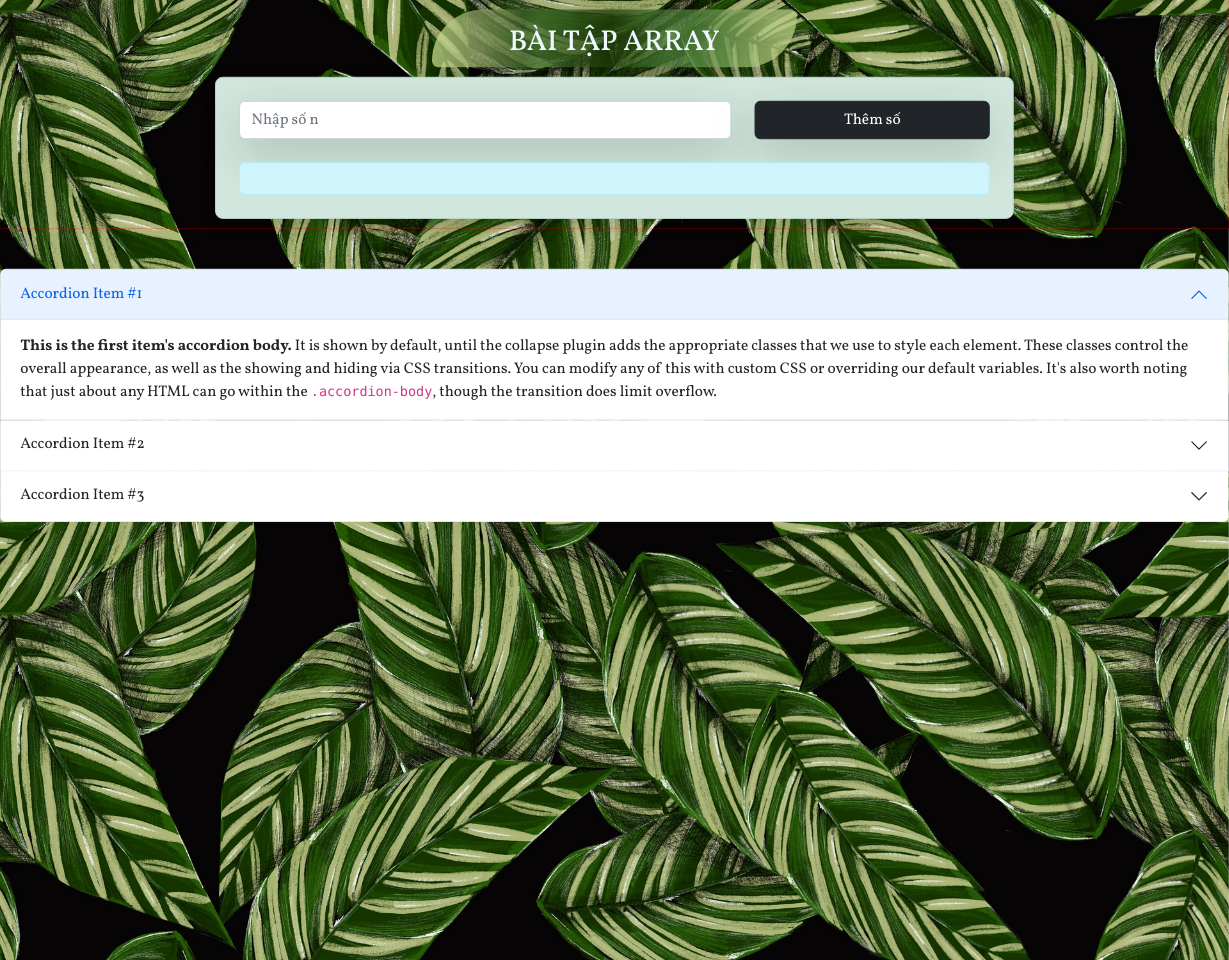
Repository: hcozyph/TranHuuPhuoc_BC43_BT_JS_Buoi7_8_ARRAY
Page: index.html
The author's editor kept a copy of each file at every save. The page is drawn from the files as they stood at one save, then again after the next save.
The browser window is 1280 px wide. The pictures show the whole page, at 96% of full size.
Backgrounds fixed to the window are drawn as part of the page.

Above is the page before, as saved 2023-02-22 16:29:58.

### index.html
<!DOCTYPE html>
<html lang="en">
    <head>
        <title>BT Array</title>
        <!-- Required meta tags -->
        <meta charset="utf-8" />
        <meta
            name="viewport"
            content="width=device-width, initial-scale=1, shrink-to-fit=no"
        />
        <!-- font -->
        <link rel="preconnect" href="https://fonts.googleapis.com" />
        <link rel="preconnect" href="https://fonts.gstatic.com" crossorigin />
        <link
            href="https://fonts.googleapis.com/css2?family=Fraunces:ital,opsz,wght@0,9..144,600;0,9..144,700;1,9..144,300;1,9..144,400;1,9..144,500;1,9..144,600;1,9..144,700;1,9..144,800&family=Vollkorn:ital,wght@0,400;0,500;0,600;0,700;0,800;0,900;1,400;1,500;1,600;1,700;1,800;1,900&display=swap"
            rel="stylesheet"
        />
        <!-- Bootstrap CSS v5.2.1 -->
        <link
            href="https://cdn.jsdelivr.net/npm/bootstrap@5.2.1/dist/css/bootstrap.min.css"
            rel="stylesheet"
            integrity="sha384-iYQeCzEYFbKjA/T2uDLTpkwGzCiq6soy8tYaI1GyVh/UjpbCx/TYkiZhlZB6+fzT"
            crossorigin="anonymous"
        />

        <!-- index.css -->
        <link rel="stylesheet" href="./css/index.css" />
    </head>

    <body>
        <div class="container">
            <div class="bt-array-top">
                <div class="bt-array-title pt-2 shadow-lg">
                    <h1
                        class="text-center shadow-lg p-2"
                        ;
                        style="font-size: 30px"
                    >
                        BÀI TẬP ARRAY
                    </h1>
                </div>

                <div
                    id="mainArray"
                    class="alert alert-success rounded-3 shadow p-4"
                    style="margin: 10px auto; width: 65%"
                >
                    <div class="row row-cols-3">
                        <div class="col-8">
                            <input
                                id="user-input"
                                type="number"
                                class="form-control shadow-lg py-2"
                                placeholder="Nhập số n"
                                style="height: 100%"
                            />
                        </div>
                        <div class="col">
                            <button
                                id="user-btn"
                                class="btn btn-dark shadow-lg"
                                style="height: 100%; width: 100%"
                            >
                                Thêm số
                            </button>
                        </div>
                    </div>

                    <div
                        class="alert alert-info mt-4 mb-0 text-break"
                        style="display: block"
                        role="alert"
                    >
                        <span id="user-array" style="display: block"></span>
                    </div>
                </div>
            </div>

            <div class="bt-array-content">
                <div class="accordion" id="accordionExample">
                    <div class="accordion-item">
                        <h2 class="accordion-header" id="headingOne">
                            <button
                                class="accordion-button"
                                type="button"
                                data-bs-toggle="collapse"
                                data-bs-target="#collapseOne"
                                aria-expanded="true"
                                aria-controls="collapseOne"
                            >
                                Accordion Item #1
                            </button>
                        </h2>
                        <div
                            id="collapseOne"
                            class="accordion-collapse collapse show"
                            aria-labelledby="headingOne"
                            data-bs-parent="#accordionExample"
                        >
                            <div class="accordion-body">
                                <strong
                                    >This is the first item's accordion
                                    body.</strong
                                >
                                It is shown by default, until the collapse
                                plugin adds the appropriate classes that we use
                                to style each element. These classes control the
                                overall appearance, as well as the showing and
                                hiding via CSS transitions. You can modify any
                                of this with custom CSS or overriding our
                                default variables. It's also worth noting that
                                just about any HTML can go within the
                                <code>.accordion-body</code>, though the
                                transition does limit overflow.
                            </div>
                        </div>
                    </div>
                    <div class="accordion-item">
                        <h2 class="accordion-header" id="headingTwo">
                            <button
                                class="accordion-button collapsed"
                                type="button"
                                data-bs-toggle="collapse"
                                data-bs-target="#collapseTwo"
                                aria-expanded="false"
                                aria-controls="collapseTwo"
                            >
                                Accordion Item #2
                            </button>
                        </h2>
                        <div
                            id="collapseTwo"
                            class="accordion-collapse collapse"
                            aria-labelledby="headingTwo"
                            data-bs-parent="#accordionExample"
                        >
                            <div class="accordion-body">
                                <strong
                                    >This is the second item's accordion
                                    body.</strong
                                >
                                It is hidden by default, until the collapse
                                plugin adds the appropriate classes that we use
                                to style each element. These classes control the
                                overall appearance, as well as the showing and
                                hiding via CSS transitions. You can modify any
                                of this with custom CSS or overriding our
                                default variables. It's also worth noting that
                                just about any HTML can go within the
                                <code>.accordion-body</code>, though the
                                transition does limit overflow.
                            </div>
                        </div>
                    </div>
                    <div class="accordion-item">
                        <h2 class="accordion-header" id="headingThree">
                            <button
                                class="accordion-button collapsed"
                                type="button"
                                data-bs-toggle="collapse"
                                data-bs-target="#collapseThree"
                                aria-expanded="false"
                                aria-controls="collapseThree"
                            >
                                Accordion Item #3
                            </button>
                        </h2>
                        <div
                            id="collapseThree"
                            class="accordion-collapse collapse"
                            aria-labelledby="headingThree"
                            data-bs-parent="#accordionExample"
                        >
                            <div class="accordion-body">
                                <strong
                                    >This is the third item's accordion
                                    body.</strong
                                >
                                It is hidden by default, until the collapse
                                plugin adds the appropriate classes that we use
                                to style each element. These classes control the
                                overall appearance, as well as the showing and
                                hiding via CSS transitions. You can modify any
                                of this with custom CSS or overriding our
                                default variables. It's also worth noting that
                                just about any HTML can go within the
                                <code>.accordion-body</code>, though the
                                transition does limit overflow.
                            </div>
                        </div>
                    </div>
                </div>
            </div>
        </div>

        <!-- Bootstrap JavaScript Libraries -->
        <script
            src="https://cdn.jsdelivr.net/npm/@popperjs/core@2.11.6/dist/umd/popper.min.js"
            integrity="sha384-oBqDVmMz9ATKxIep9tiCxS/Z9fNfEXiDAYTujMAeBAsjFuCZSmKbSSUnQlmh/jp3"
            crossorigin="anonymous"
        ></script>

        <script
            src="https://cdn.jsdelivr.net/npm/bootstrap@5.2.1/dist/js/bootstrap.min.js"
            integrity="sha384-7VPbUDkoPSGFnVtYi0QogXtr74QeVeeIs99Qfg5YCF+TidwNdjvaKZX19NZ/e6oz"
            crossorigin="anonymous"
        ></script>

        <!-- method.js -->
        <link rel="stylesheet" href="./js/method.js" />

        <!-- index.js -->
        <script src="./js/index.js"></script>
    </body>
</html>

### css/index.css
* {
    margin: 0;
    padding: 0;
    box-sizing: border-box;
    font-family: "Fraunces", serif;
    font-family: "Vollkorn", serif;
}

.container {
    margin: 0 auto;
    max-width: 1440px;
    overflow: hidden;
    padding: 0;

    background-image: url(../img/2.jpg);
    background-size: cover;
    background-position: inherit;
    background-repeat: no-repeat;
    background-attachment: fixed;

    height: 1000px;
    position: relative;
}

.bt-array-top {
    position: fixed;
    width: 100%;
    padding-top: 10px;
    background-color: red;

    background-image: url(../img/2.jpg);
    background-size: cover;
    background-position: inherit;
    background-repeat: no-repeat;
    background-attachment: fixed;
    z-index: 5;
}

.bt-array-title {
    display: block;
    width: 380px;
    margin: 0 auto;
    border-radius: 80px 10px 80px 10px;

    font-size: 40px;
    font-weight: 700;
    /* background-color: red; */
    color: aliceblue;
    background: rgb(156, 173, 110);
    background: linear-gradient(
        90deg,
        rgba(198, 219, 142, 0.75) 0%,
        rgba(156, 173, 110, 0.75) 10%,
        rgba(60, 94, 39, 0.75) 25%,
        rgba(68, 112, 49, 0.75) 29%,
        rgba(27, 57, 5, 0.75) 49%,
        rgba(66, 114, 50, 0.75) 63%,
        rgba(90, 139, 69, 0.75) 74%,
        rgba(184, 203, 130, 0.75) 95%
    );
}

.bt-array-content {
    padding-top: 280px;
}

### js/index.js
/* function getElementByID*/
function ID(n) {
    return document.getElementById("n");
}

/* End-function getElementByID*/

/*create-array*/
var mainArray = [];

document.getElementById("user-btn").onclick = function () {
    //input: userInput
    var userInput = Number(document.getElementById("user-input").value);

    //output: mainArray

    //process
    mainArray.push(userInput);

    document.getElementById("user-array").innerHTML = mainArray;
};

/*End-create-array*/

Loaded but not shown: js/method.js (no stored copy; drawn as an empty file)

After the next save:
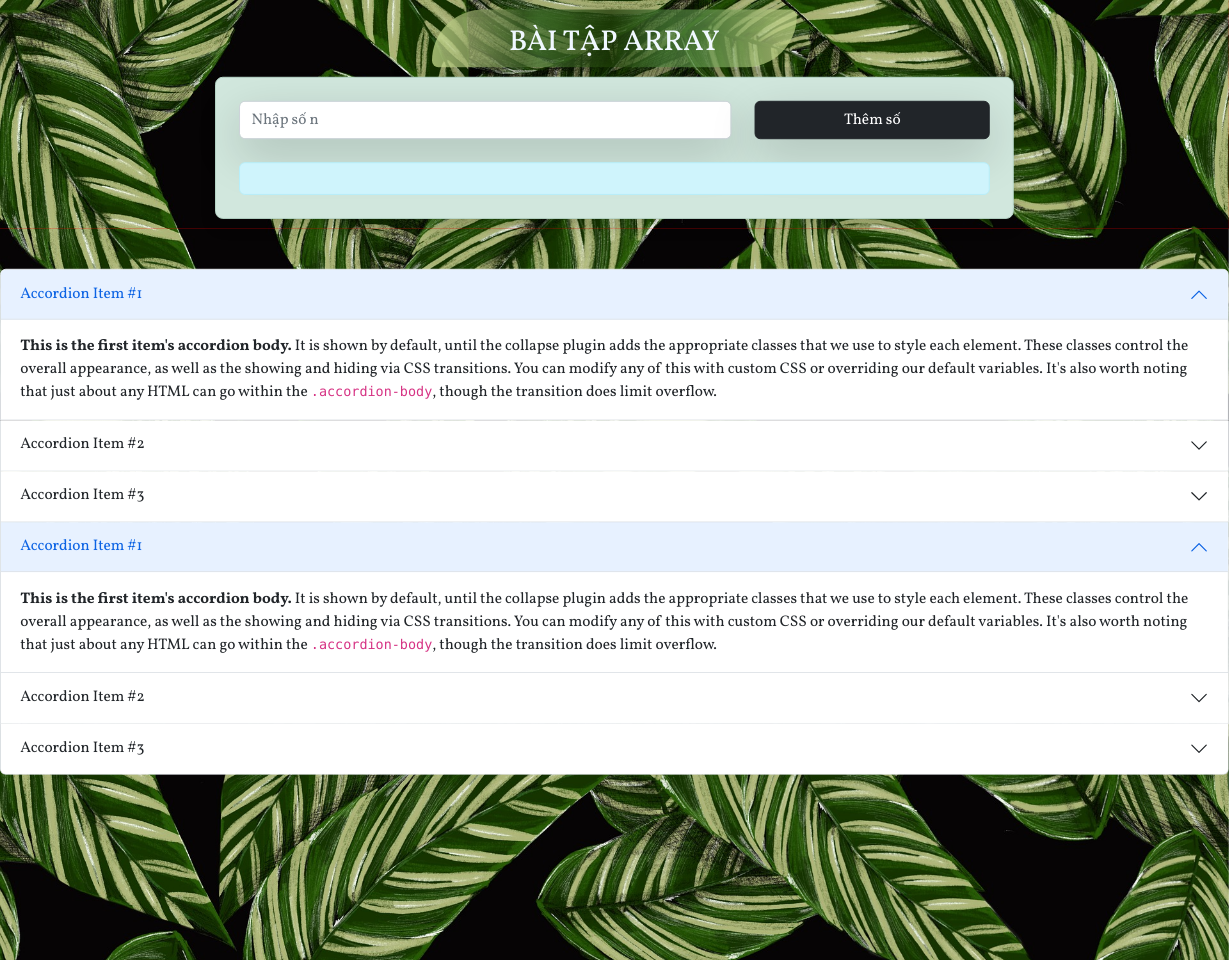
Saved 62 s later.
--- a/index.html
+++ b/index.html
@@ -189,6 +189,118 @@
                             </div>
                         </div>
                     </div>
+
+                    <div class="accordion-item">
+                        <h2 class="accordion-header" id="headingOne">
+                            <button
+                                class="accordion-button"
+                                type="button"
+                                data-bs-toggle="collapse"
+                                data-bs-target="#collapseOne"
+                                aria-expanded="true"
+                                aria-controls="collapseOne"
+                            >
+                                Accordion Item #1
+                            </button>
+                        </h2>
+                        <div
+                            id="collapseOne"
+                            class="accordion-collapse collapse show"
+                            aria-labelledby="headingOne"
+                            data-bs-parent="#accordionExample"
+                        >
+                            <div class="accordion-body">
+                                <strong
+                                    >This is the first item's accordion
+                                    body.</strong
+                                >
+                                It is shown by default, until the collapse
+                                plugin adds the appropriate classes that we use
+                                to style each element. These classes control the
+                                overall appearance, as well as the showing and
+                                hiding via CSS transitions. You can modify any
+                                of this with custom CSS or overriding our
+                                default variables. It's also worth noting that
+                                just about any HTML can go within the
+                                <code>.accordion-body</code>, though the
+                                transition does limit overflow.
+                            </div>
+                        </div>
+                    </div>
+                    <div class="accordion-item">
+                        <h2 class="accordion-header" id="headingTwo">
+                            <button
+                                class="accordion-button collapsed"
+                                type="button"
+                                data-bs-toggle="collapse"
+                                data-bs-target="#collapseTwo"
+                                aria-expanded="false"
+                                aria-controls="collapseTwo"
+                            >
+                                Accordion Item #2
+                            </button>
+                        </h2>
+                        <div
+                            id="collapseTwo"
+                            class="accordion-collapse collapse"
+                            aria-labelledby="headingTwo"
+                            data-bs-parent="#accordionExample"
+                        >
+                            <div class="accordion-body">
+                                <strong
+                                    >This is the second item's accordion
+                                    body.</strong
+                                >
+                                It is hidden by default, until the collapse
+                                plugin adds the appropriate classes that we use
+                                to style each element. These classes control the
+                                overall appearance, as well as the showing and
+                                hiding via CSS transitions. You can modify any
+                                of this with custom CSS or overriding our
+                                default variables. It's also worth noting that
+                                just about any HTML can go within the
+                                <code>.accordion-body</code>, though the
+                                transition does limit overflow.
+                            </div>
+                        </div>
+                    </div>
+                    <div class="accordion-item">
+                        <h2 class="accordion-header" id="headingThree">
+                            <button
+                                class="accordion-button collapsed"
+                                type="button"
+                                data-bs-toggle="collapse"
+                                data-bs-target="#collapseThree"
+                                aria-expanded="false"
+                                aria-controls="collapseThree"
+                            >
+                                Accordion Item #3
+                            </button>
+                        </h2>
+                        <div
+                            id="collapseThree"
+                            class="accordion-collapse collapse"
+                            aria-labelledby="headingThree"
+                            data-bs-parent="#accordionExample"
+                        >
+                            <div class="accordion-body">
+                                <strong
+                                    >This is the third item's accordion
+                                    body.</strong
+                                >
+                                It is hidden by default, until the collapse
+                                plugin adds the appropriate classes that we use
+                                to style each element. These classes control the
+                                overall appearance, as well as the showing and
+                                hiding via CSS transitions. You can modify any
+                                of this with custom CSS or overriding our
+                                default variables. It's also worth noting that
+                                just about any HTML can go within the
+                                <code>.accordion-body</code>, though the
+                                transition does limit overflow.
+                            </div>
+                        </div>
+                    </div>
                 </div>
             </div>
         </div>
